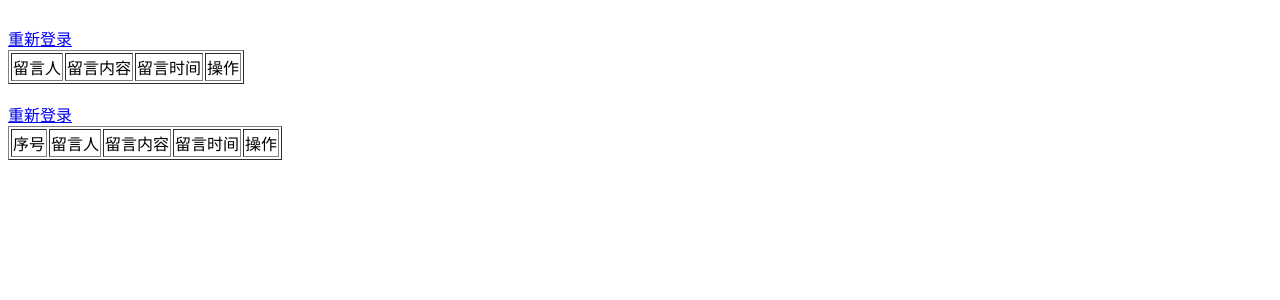
Repository: suxiaohutot/PHP
Page: http://localhost/liuyanlist.php
The author's editor kept a copy of each file at every save. The page is drawn from the files as they stood at one save, then again after the next save.
The browser window is 1280 px wide. The pictures show the whole page.
The page is run by PHP 8.4 with error messages shown; the project is at /var/www/html/. Queries for data that is not in the repository find no rows.

Above is the page before, as saved 2019-10-25 07:04:42.

### test/liuyanlist.php
<?php
include 'db.php';
$sqli="select * from liuyan";
dbcon();
$seti=mysqli_query($dbcon, $sqli);
?>
<table border="1">
		<tr>
			<td>留言人</td>
			<td>留言内容</td>
			<td>留言时间</td>
			<td>操作</td>
		</tr>
<!-- 		</table> -->

<?php
while ($reut=mysqli_fetch_assoc($seti)){
    $time=$reut['time'];
    $id=$reut['id'];
?>
<!-- <table border="1"  class="table table-bordered"> -->
<tbody>
		<tr>
    		<td><?php echo $reut["name"] ?></td>
    		<td><?php echo $reut['count'] ?></td>
    		<td><?php echo $reut['time'] ?></td>
    		<td>
        		<a href="delt.php?url=delt.php&id=<?php echo $id ?>">删除</a>
        		<a href="edit.php?id=<?php echo $id ?>">编辑</a>
        		<br/><br/>
            </td>
		</tr>
		</tbody>
	</table>

    <?php }


 echo "<br>"."<a href='dengluhtml.php'>重新登录</a>";
 ?>

 <table border="1">
		<tr>
		<td>序号</td>
			<td>留言人</td>
			<td>留言内容</td>
			<td>留言时间</td>
			<td>操作</td>
		</tr>
<?php
while($reutt=mysqli_fetch_assoc($seti)){
    ?>
    	<tr>
    <?php foreach ($reutt as $aa)
    {
        echo "<td>".$aa."<td>";
    }
    $time=$reut['time'];
    $id=$reut['id'];

?>
<td>
    <a href="delt.php?url=delt.php&id=<?php echo $id ?>">删除</a>
    <a href="edit.php?id=<?php echo $id ?>">编辑</a>
    <br/><br/>
</td>
<?php
    echo "</tr>";
    }
    echo "<br>"."<a href='dengluhtml.php'>重新登录</a>";
?>

### test/DB.php
<?php
$dbcon=null;
function dbcon(){
    global $dbcon;
    $dbcon=mysqli_connect('localhost','root','');
    mysqli_select_db($dbcon, 'test');
    mysqli_query($dbcon, "set names utf8");
}
function close(){
    global $dbcon;
    if($dbcon){
        mysqli_close($dbcon);
    }
}
?>

After the next save:
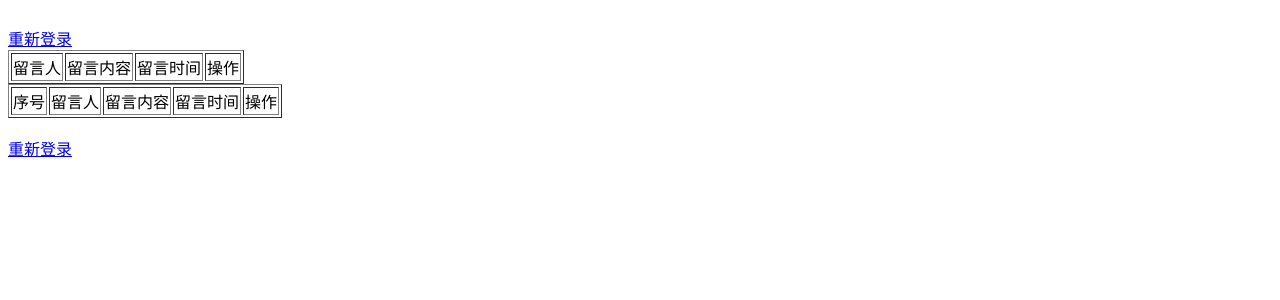
Saved 22 s later.
--- a/test/liuyanlist.php
+++ b/test/liuyanlist.php
@@ -67,5 +67,6 @@ while($reutt=mysqli_fetch_assoc($seti)){
 <?php
     echo "</tr>";
     }
+    echo "</table>";
     echo "<br>"."<a href='dengluhtml.php'>重新登录</a>";
 ?>
